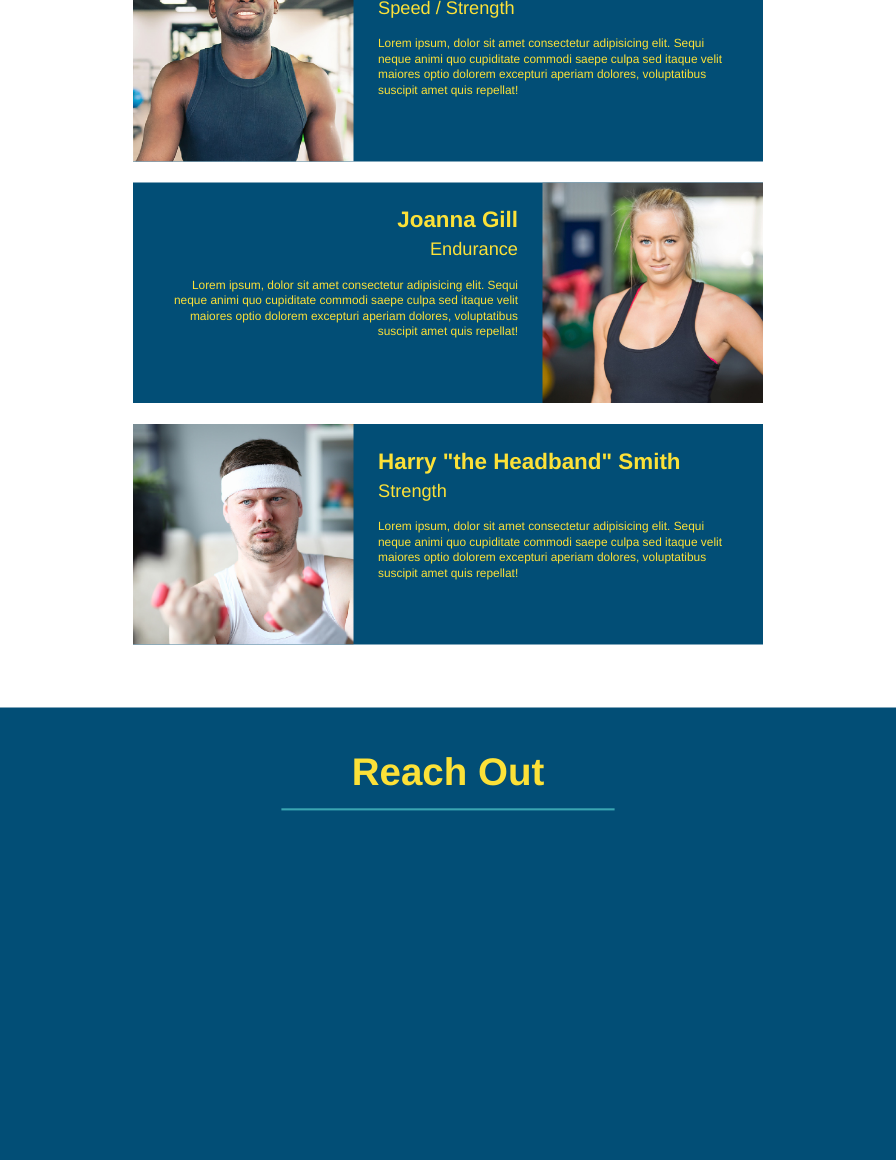
Repository: symlara/run-buddy
Page: index.html
These files come from the project's save history. The page is drawn as it stood at one moment and after the next save; the edit follows.
The browser window is 1280 px wide. The pictures show the part of the page from y = 2524 to 4444 px (the page is 4181 px tall before and 4444 px after), at 70% of full size.
Pictures or frames that could not be fetched are drawn as grey boxes.

Above is the page before, as saved 2020-12-10 16:26:43.

After the next save:
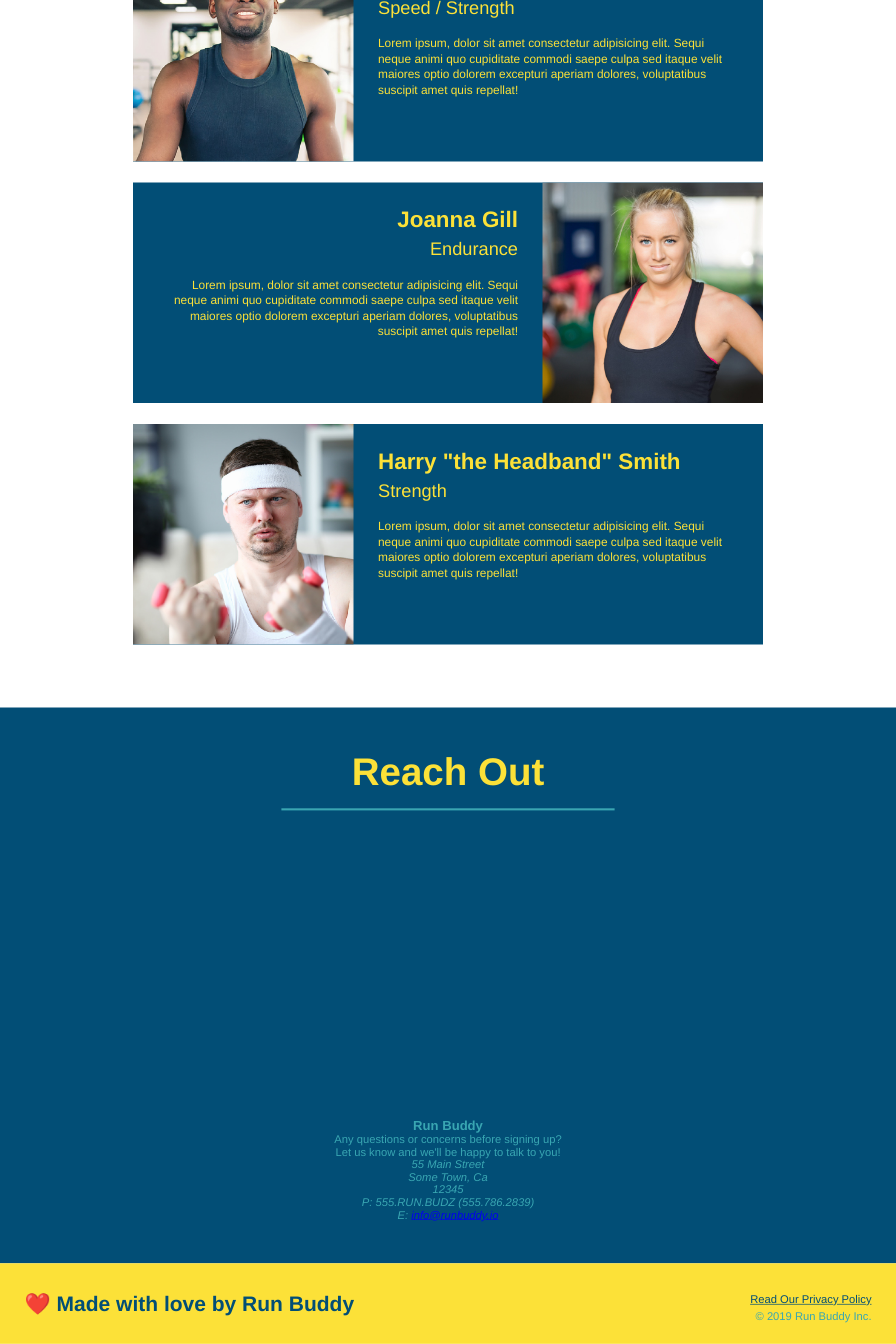
Saved 9 s later.
--- a/index.html
+++ b/index.html
@@ -167,6 +167,7 @@
                 style="border:0"
                 allowfullscreen
                 >
+                </iframe>
 
             </div>
 
